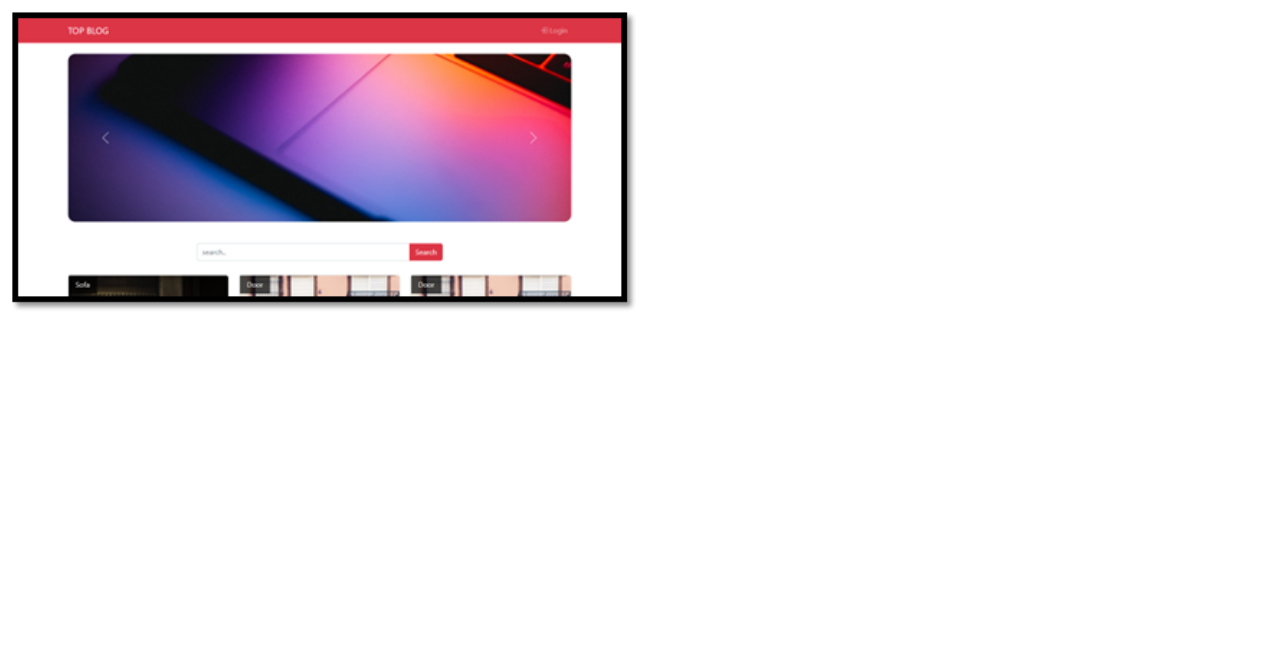
Repository: asyrofuddien/Meubel_Store
Page: http://localhost/setik
These files come from the project's save history. The page is drawn as it stood at one moment and after the next save; the edit follows.
The browser window is 1280 px wide. The pictures show the whole page.
The page is served by the project's Laravel application, run on PHP 8.4 with Laravel 8.

Above is the page before, as saved 2023-08-08 20:30:27.

After the next save:
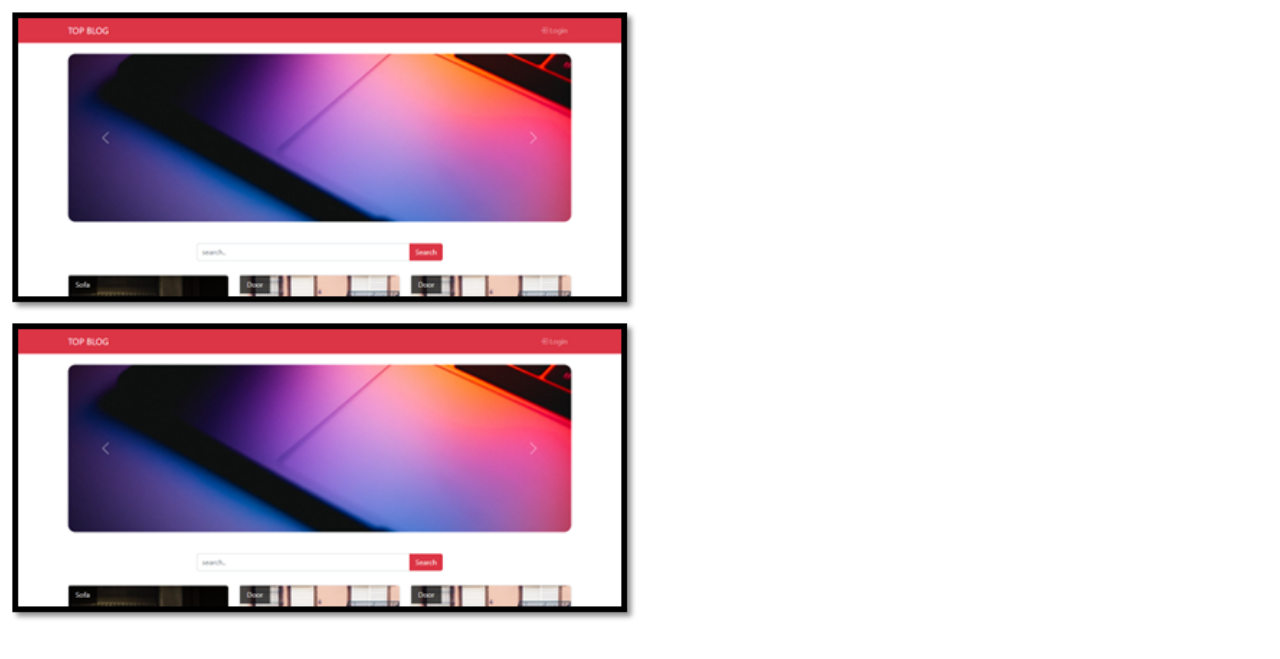
Saved 25 s later.
--- a/resources/views/setik.blade.php
+++ b/resources/views/setik.blade.php
@@ -8,5 +8,6 @@
 </head>
 <body>
     <img src="/images/Picture1.png" alt="" style="width: 50%">
+    <img src="/images/Picture1.png" alt="" style="width: 50%">
 </body>
 </html>
